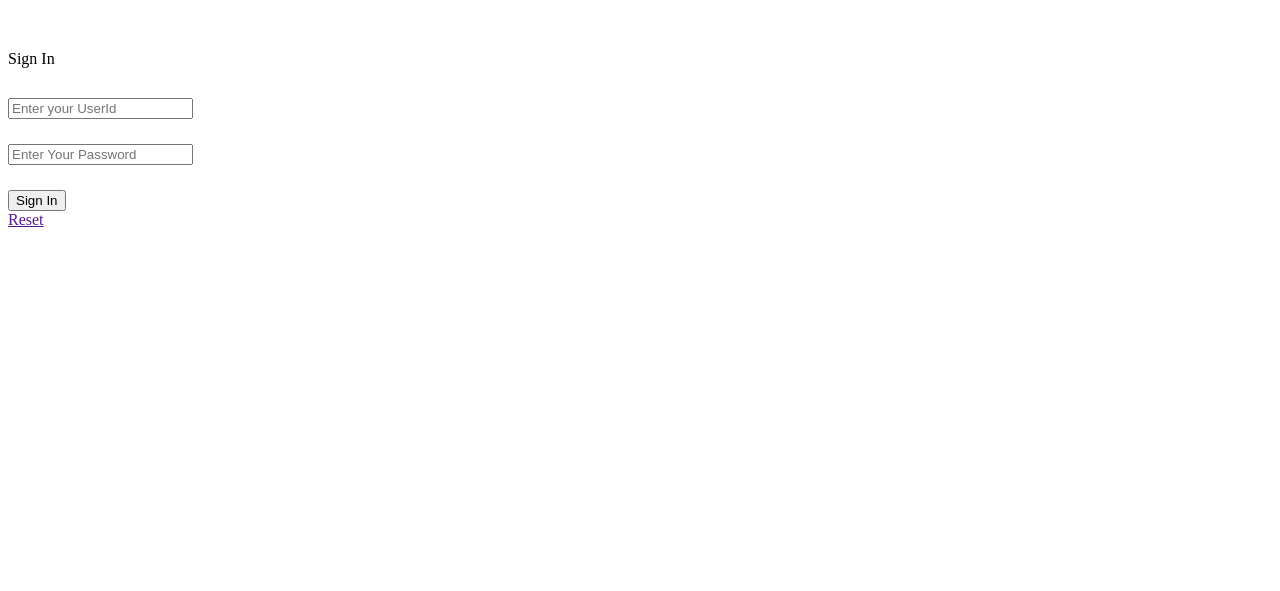
Repository: Abinayasivapraba/Project2
Page: ChatZoneFE/WebContent/User/Login.html
These files come from the project's save history. The page is drawn as it stood at one moment and after the next save; the edit follows.
The browser window is 1280 px wide. The pictures show the whole page.

Above is the page before, as saved 2017-06-03 01:38:07.

After the next save:
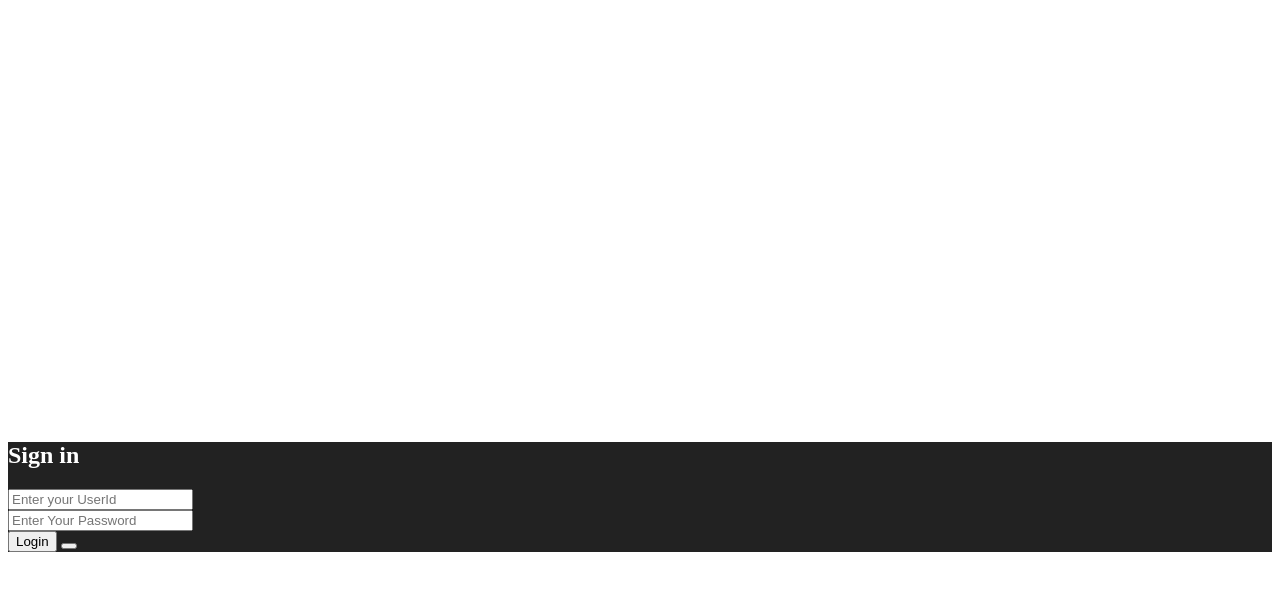
Saved 57 s later.
--- a/ChatZoneFE/WebContent/User/Login.html
+++ b/ChatZoneFE/WebContent/User/Login.html
@@ -35,63 +35,31 @@
 </head>
 <body>
 <div ng-controller="UserController as ctrl">
-<!-- <center><h1>Enter the Login Details</h1></center>
-<center>
-<div class="formcontainer">
-<form ng-submit="ctrl.login()" name="myForm" class="form-horizontal">
-Id: <input type="text" ng-model="ctrl.user.id"/><br>
-Password :<input type="text" ng-model="ctrl.user.password" /><br>
-<input type="submit" value="Login">
-<button type="button" ng-click="ctrl.reset()">Reset</button>
-</form>
-</div>
-</center>
-</div> -->
 <div class="container">
-        <div id="loginbox" style="margin-top:50px;" class="mainbox col-md-6 col-md-offset-3 col-sm-8 col-sm-offset-2">
-            <div class="panel panel-info" >
-                    <div class="panel-heading">
-                        <div class="panel-title">Sign In</div>
-                                            </div>
+       <div class="row">
+           <div class="col-xs-12 col-sm-3 col-md-3 col-lg-3"></div>
+           <div class="col-xs-12 col-sm-6 col-md-6 col-lg-6">
+               <div class="container-fluid container-login">
+                   <div class="panel panel-default" id="panel-login">
+                       <div class="panel-body">
+                           <h2 id="title-login">Sign in</h2>
+                            <form ng-submit="ctrl.login()" name="myForm" class="form-horizontal">
+                               <div class="form-group">
+                                   <input id="login-username" type="text" class="form-control" name="userid" ng-model="ctrl.user.id"  placeholder="Enter your UserId">
+                               </div>
+                               <div class="form-group">
+                                   <input id="login-password" type="password" class="form-control" name="password" ng-model="ctrl.user.password"  placeholder="Enter Your Password">
 
-                    <div style="padding-top:30px" class="panel-body" >
-
-
-
-                        <form ng-submit="ctrl.login()" name="myForm" class="form-horizontal">
-                            <div style="margin-bottom: 25px" class="input-group">
-                                        <span class="input-group-addon"><i class="glyphicon glyphicon-user"></i></span>
-                                        <input id="login-username" type="text" class="form-control" name="userid" ng-model="ctrl.user.id"  placeholder="Enter your UserId">
-                                    </div>
-
-                            <div style="margin-bottom: 25px" class="input-group">
-                                        <span class="input-group-addon"><i class="glyphicon glyphicon-lock"></i></span>
-                                        <input id="login-password" type="password" class="form-control" name="password" ng-model="ctrl.user.password"  placeholder="Enter Your Password">
-                                    </div>
-
-
-                           <div class="row">
-					<div class="col-xs-6 col-sm-6 col-md-6">
-                        <input type="submit" class="btn btn-lg btn-success btn-block" value="Sign In">
-					</div>
-					<div class="col-xs-6 col-sm-6 col-md-6">
-						<a href="" class="btn btn-lg btn-primary btn-block">Reset</a>
-					</div>
-				</div>
-						</form>
-						</div>
-
-
-
-
-                                </div>
-                                </div>
-                                </div>
-                                </div>
-
-
-
-
-
+                               </div>
+                               <button type="submit" class="btn btn-success">Login</button>
+                               <button type="register" class="btn btn-default"></button>
+                           </form>
+                       </div>
+                   </div>
+               </div>
+           </div>
+           <div class="col-xs-12 col-sm-3 col-md-3 col-lg-3"></div>
+       </div>
+    </div>
 </body>
 </html>
